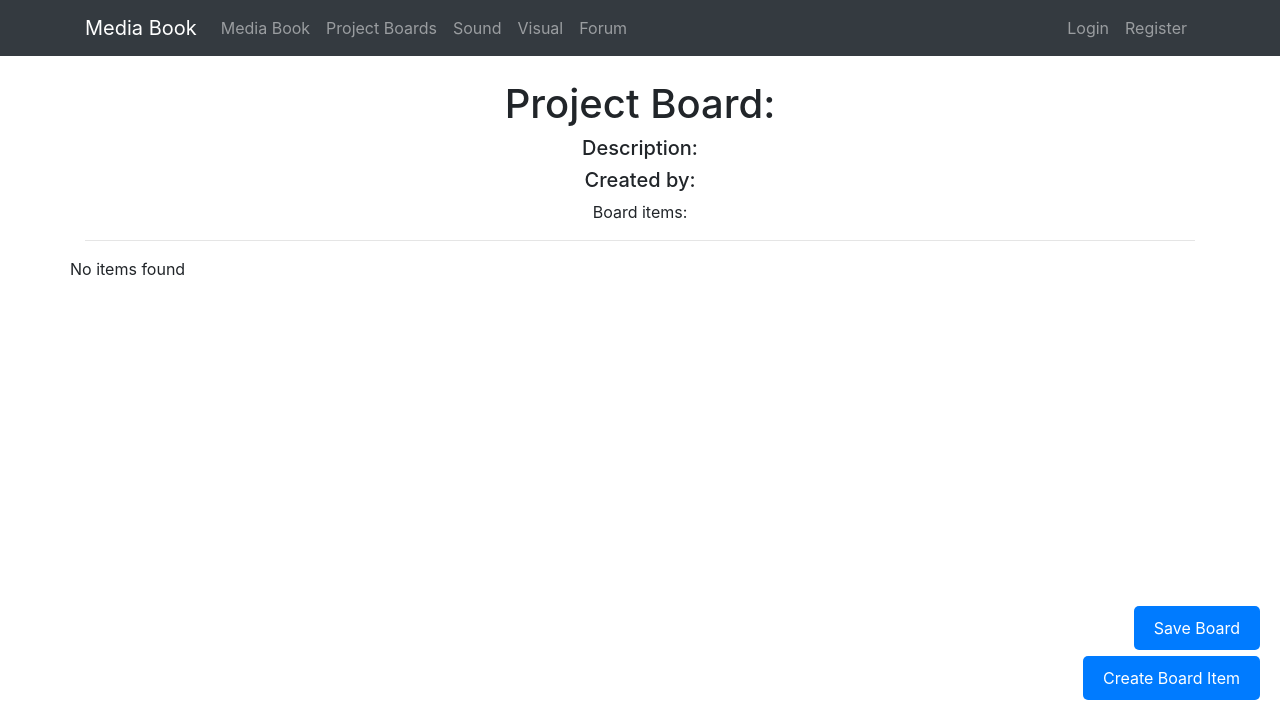
Repository: NateClarkTech/Software-Engineering-3
Page: IdeaBoards/templates/boarddetail.html
These files come from the project's save history. The page is drawn as it stood at one moment and after a run of saves; the edit follows.
The browser window is 1280 px wide. The pictures show the whole page.
Some web libraries are served in a nearby version. The template is drawn by Django 5.2. The application's start-up code is not run. The template is opened directly, without the code that normally fills it, so the values that code supplies are empty.

Above is the page before, as saved 2024-04-16 16:23:12.

After the next 2 saves:
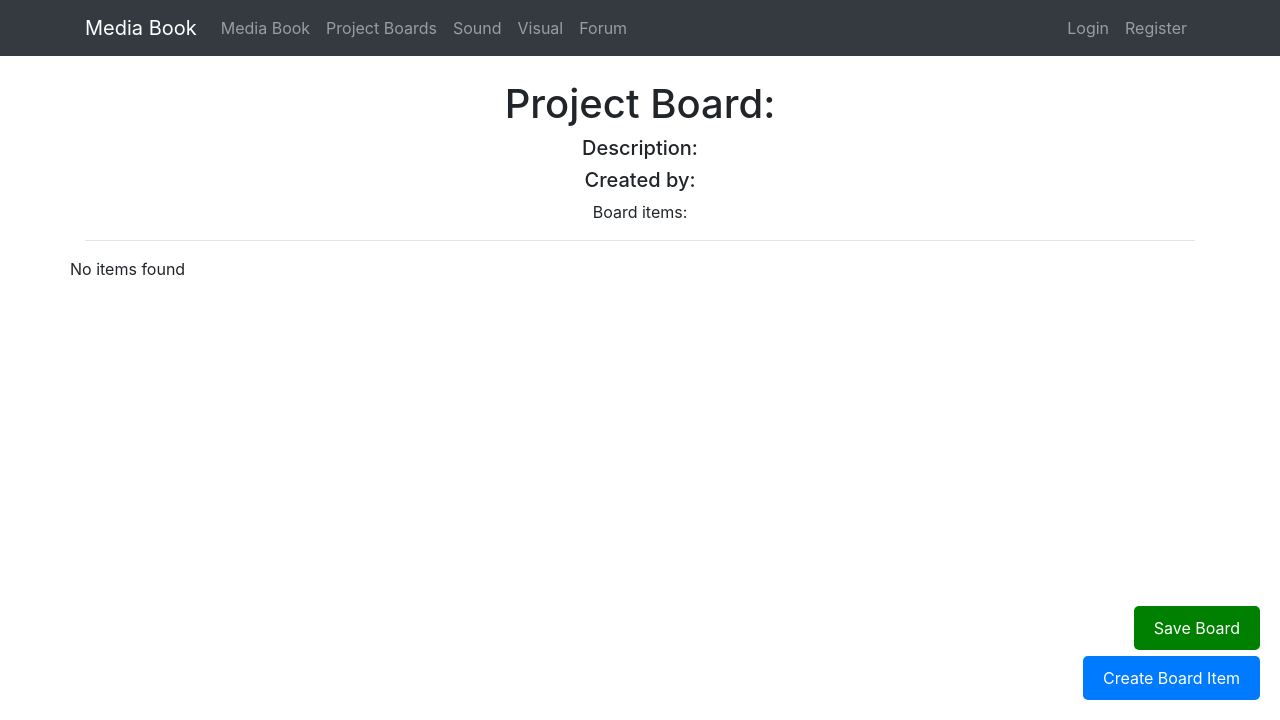
The 2 saves are shown as one change because they came seconds apart.
The last was saved 25 s later.
--- a/IdeaBoards/static/css/ideaBoards.css
+++ b/IdeaBoards/static/css/ideaBoards.css
@@ -46,7 +46,7 @@
     z-index: 999; /* Ensure it appears above other content */
     /* Additional styling */
     padding: 10px 20px;
-    background-color: #007bff; /* Example background color */
+    background-color: green; /* Example background color */
     color: white;
     border: none;
     border-radius: 5px;
